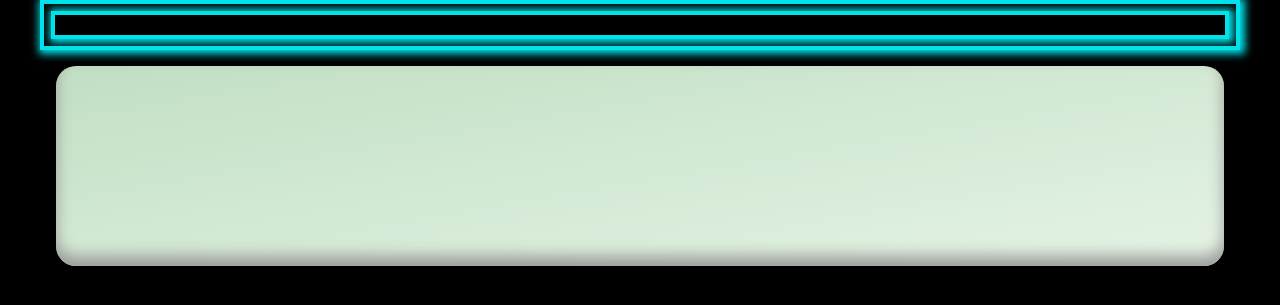
Repository: KhangNguyen3006/WebUI-UX
Page: /
An editor plug-in stored every save of this project. The page is shown before and after the next save, followed by the edit.
The browser window is 1280 px wide. The pictures show the whole page.
The project was rebuilt for these pictures with package versions that can differ from the ones it lists, and the page was loaded fresh each time. Also part of the build but not shown: src/App.css.

Above is the page before, as saved 2023-05-04 00:09:11.

### src/index.js
import React from 'react';
import ReactDOM from 'react-dom';
import './index.css';
import App from './App';
import reportWebVitals from './reportWebVitals';
import 'bootstrap/dist/css/bootstrap.min.css';
import './assets/css/Custom.css';

const root = ReactDOM.createRoot(document.getElementById('root'));
root.render(
  <React.StrictMode>
    <App />
  </React.StrictMode>
);

// If you want to start measuring performance in your app, pass a function
// to log results (for example: reportWebVitals(console.log))
// or send to an analytics endpoint. Learn more: https://bit.ly/CRA-vitals
reportWebVitals();

### src/App.js

import './App.css';
import HomePage from './pages/HomePage';

function App() {
  return (
    <div>
      <HomePage />
    </div>
  );
}

export default App

### src/assets/css/Custom.css
@import url(Home.css);

body {
    margin: auto;
    padding: auto;
    background-color: #000;
}

* {
    box-sizing: border-box;
    width: auto;
    margin: auto;
    padding: 0;
}

### src/pages/HomePage.jsx
import React, { Component } from 'react'
import Home from '../components/home/Home'


class HomePage extends Component {
  render() {
    return (
      <div>
        <Home />
      </div>
    )
  }
}

export default HomePage

### src/assets/css/Home.css
.rectangle {
    border: 4px solid #00E2EA;
    padding: 7px;
    box-shadow: 2px 1px 8px 3px #00E2EA;
}

.rectangle-mini {
    border: 4px solid #00E2EA;
    padding: 10px;
    box-shadow: 2px 1px 8px 3px #00E2EA;
}

.rectangle-linear-gradient {
    height: 200px;
    border-radius: 20px;
    box-shadow: 0px -10px 15px #9C9D9C inset;
    background-image: linear-gradient(to bottom right, #C1DFC4, #E5F3E4);
}

.w-1200 {
    width: 1200px;
}

### src/components/home/Home.jsx
import React, { Component } from 'react'

class Home extends Component {
    render() {
        return (
            <div className='w-1200'>
                <div className="rectangle">
                    <div className="rectangle-mini">
                    </div>

                </div>

                <div className="rectangle-linear-gradient p-2 m-3">

                </div>
            </div>
        )
    }
}

export default Home

Loaded but not shown: public/index.html (common file); src/index.css (common file); src/reportWebVitals.js (common file)

After the next save:
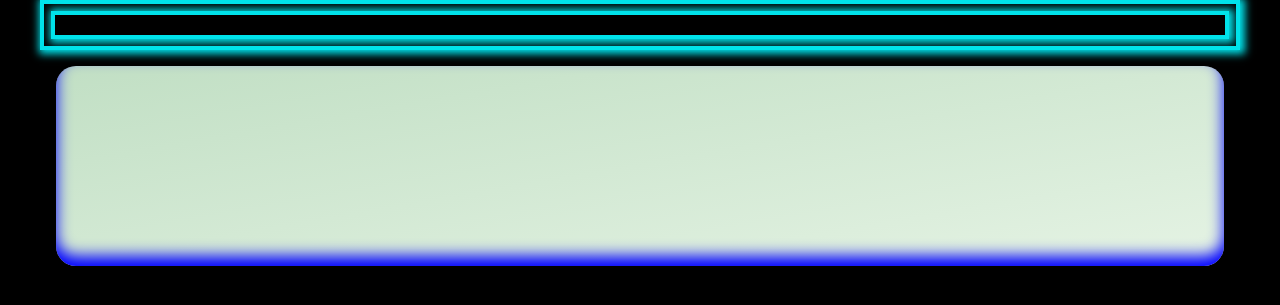
Saved 31 s later.
--- a/src/assets/css/Home.css
+++ b/src/assets/css/Home.css
@@ -13,7 +13,7 @@
 .rectangle-linear-gradient {
     height: 200px;
     border-radius: 20px;
-    box-shadow: 0px -10px 15px #9C9D9C inset;
+    box-shadow: 0px -10px 15px blue inset;
     background-image: linear-gradient(to bottom right, #C1DFC4, #E5F3E4);
 }
 
